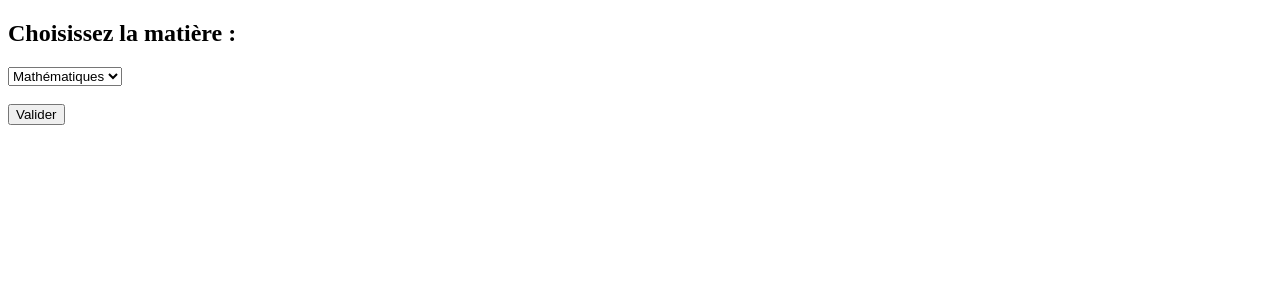
Repository: oumaimamakboul/gestion-d-impression
Page: http://localhost/gestion_d_impression/matiere.jsp
An editor plug-in stored every save of this project. The page is shown before and after the next save, followed by the edit.
The browser window is 1280 px wide. The pictures show the whole page.
The page is served by Tomcat 10.

Above is the page before, as saved 2024-04-30 20:13:38.

After the next save:
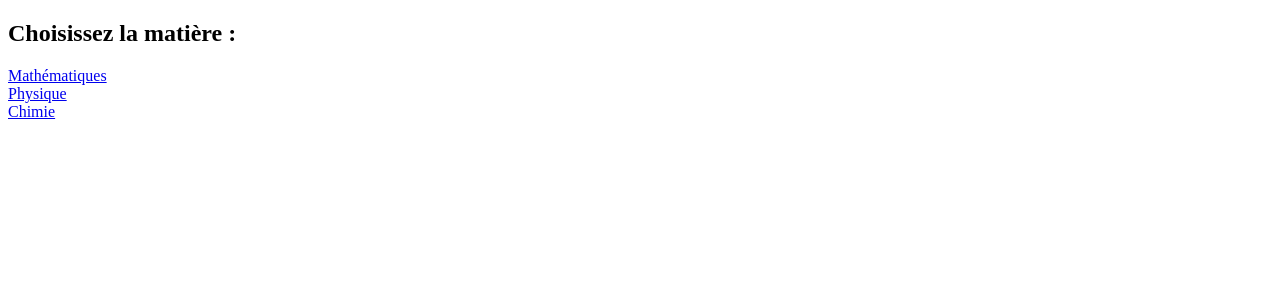
Saved 78 s later.
--- a/gestion d'impression/src/main/webapp/matiere.jsp
+++ b/gestion d'impression/src/main/webapp/matiere.jsp
@@ -8,15 +8,11 @@
 </head>
 <body>
     <h2>Choisissez la matière :</h2>
-    <form action="TraitementServlet" method="post">
-        <select name="matiere">
-            <option value="mathematiques">Mathématiques</option>
-            <option value="physique">Physique</option>
-            <option value="chimie">Chimie</option>
-            <!-- Ajoutez d'autres options selon vos besoins -->
-        </select>
-        <br><br>
-        <input type="submit" value="Valider">
-    </form>
+    <div>
+        <a href="TraitementServlet?matiere=mathematiques">Mathématiques</a><br>
+        <a href="TraitementServlet?matiere=physique">Physique</a><br>
+        <a href="TraitementServlet?matiere=chimie">Chimie</a><br>
+        <!-- Ajoutez d'autres matières avec les liens correspondants -->
+    </div>
 </body>
 </html>
